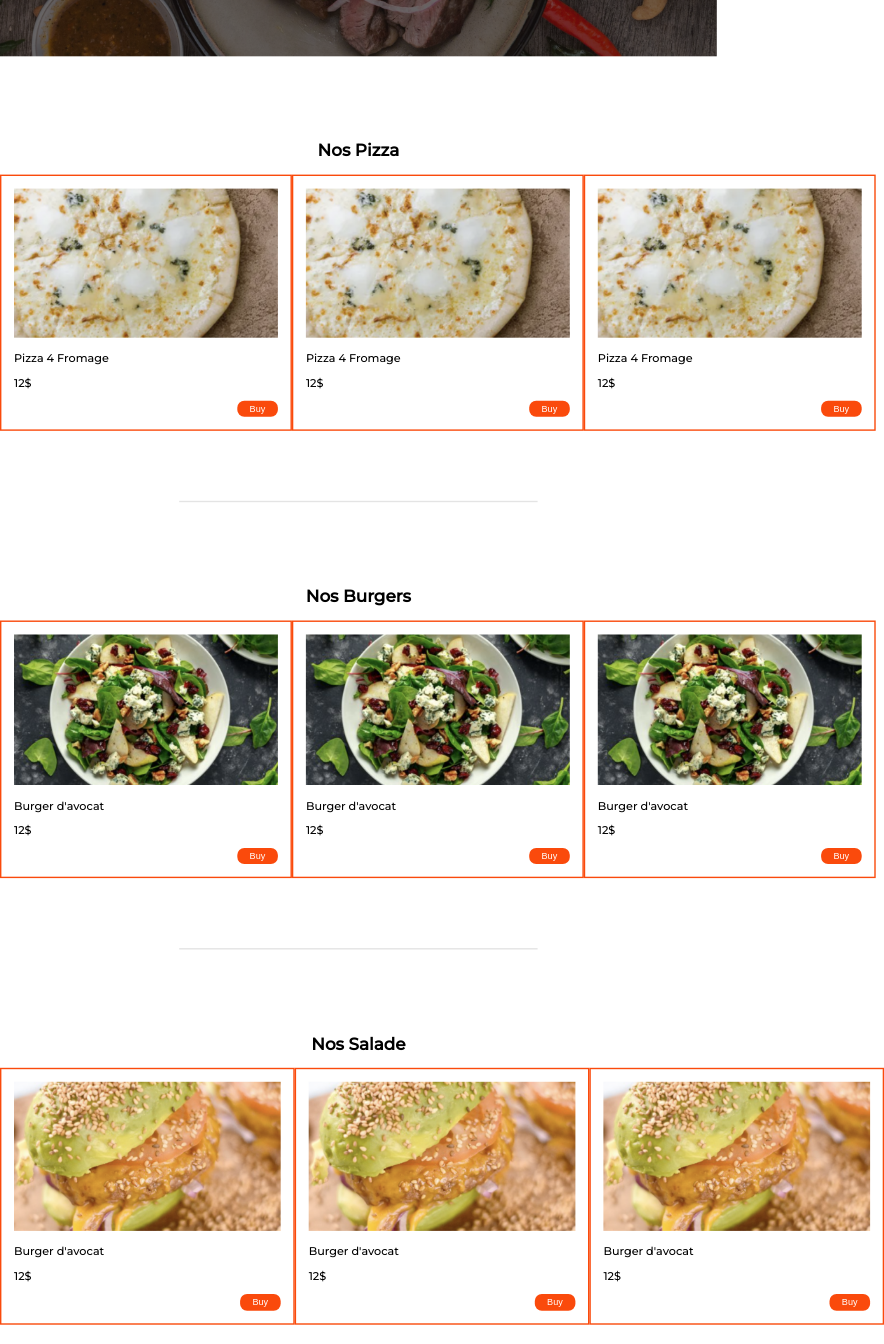
Repository: Ahlam-belhadj/bella-olange
Page: index.html
These files come from the project's save history. The page is drawn as it stood at one moment and after the next save; the edit follows.
The browser window is 1024 px wide. The page is 1263 px wide, then 1174 px, so the pictures cover 1263 px, including what lies to the right of the window. The pictures show the part of the page from y = 618 to 2538 px (the page is 3489 px tall before and 6212 px after), at 70% of full size.

Above is the page before, as saved 2023-02-12 20:22:54.

After the next save:
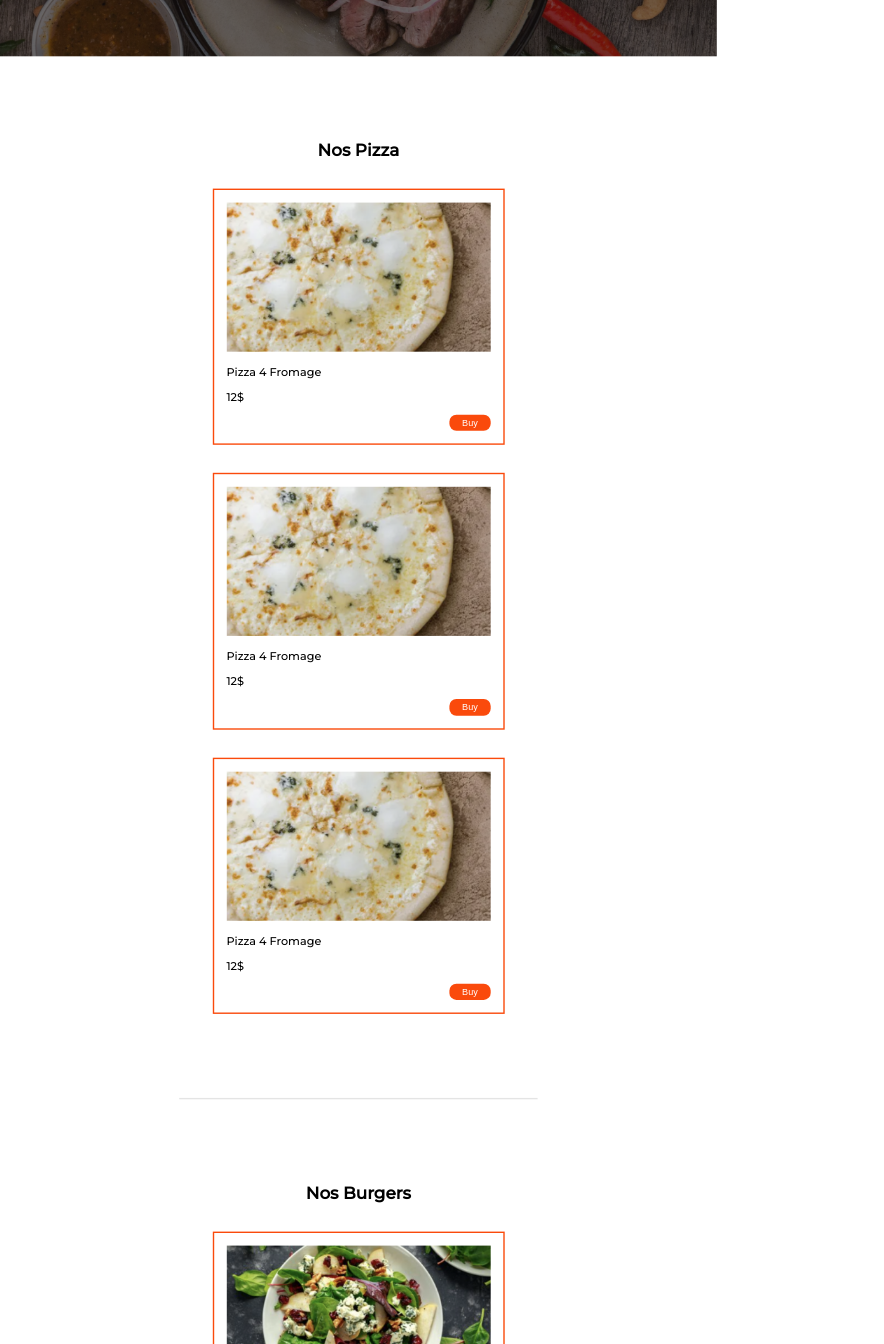
Saved 8 s later.
--- a/style.css
+++ b/style.css
@@ -297,5 +297,37 @@ strong {
 
 @media screen and (min-width:801px) and (max-width:1199px) {
 
-
-}
+  .container-card{
+    flex-direction: column;
+}
+
+.border {
+    margin: 20px;
+}
+
+
+.footer{
+    padding: 0;
+    display: flex;
+    flex-direction: column;
+}
+
+
+.footer_logo{
+    width: 150px;
+
+   padding-left: 150px;
+   margin-bottom: 0x;
+}
+.social {
+    display: flex;
+    justify-content: center;
+}
+
+.nav-menu {
+    width: 105%;
+}
+
+.copy{
+    text-align: center;
+}
